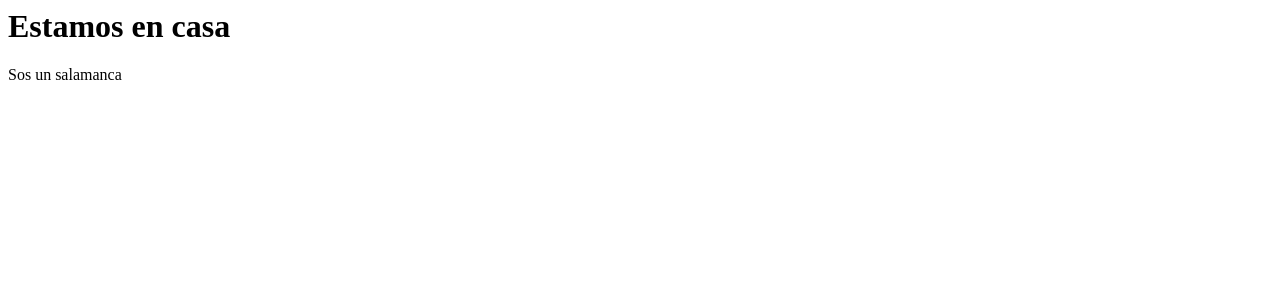
Repository: batmikun/Courses
Page: Front-End/SPA NATIVE JS/src/views/home.html
The author's editor kept a copy of each file at every save. The page is drawn from the files as they stood at one save, then again after the next save.
The browser window is 1280 px wide. The pictures show the whole page.

Above is the page before, as saved 2021-11-14 00:46:40.

After the next save:
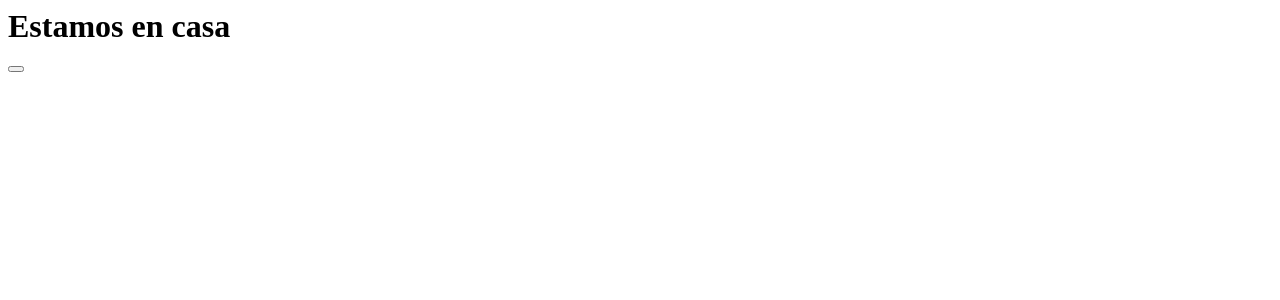
Saved 73 s later.
--- a/Front-End/SPA NATIVE JS/src/views/home.html
+++ b/Front-End/SPA NATIVE JS/src/views/home.html
@@ -1,2 +1,5 @@
 <h1>Estamos en casa</h1>
-<p>Sos un salamanca</p>
+
+<button>
+
+</button>
